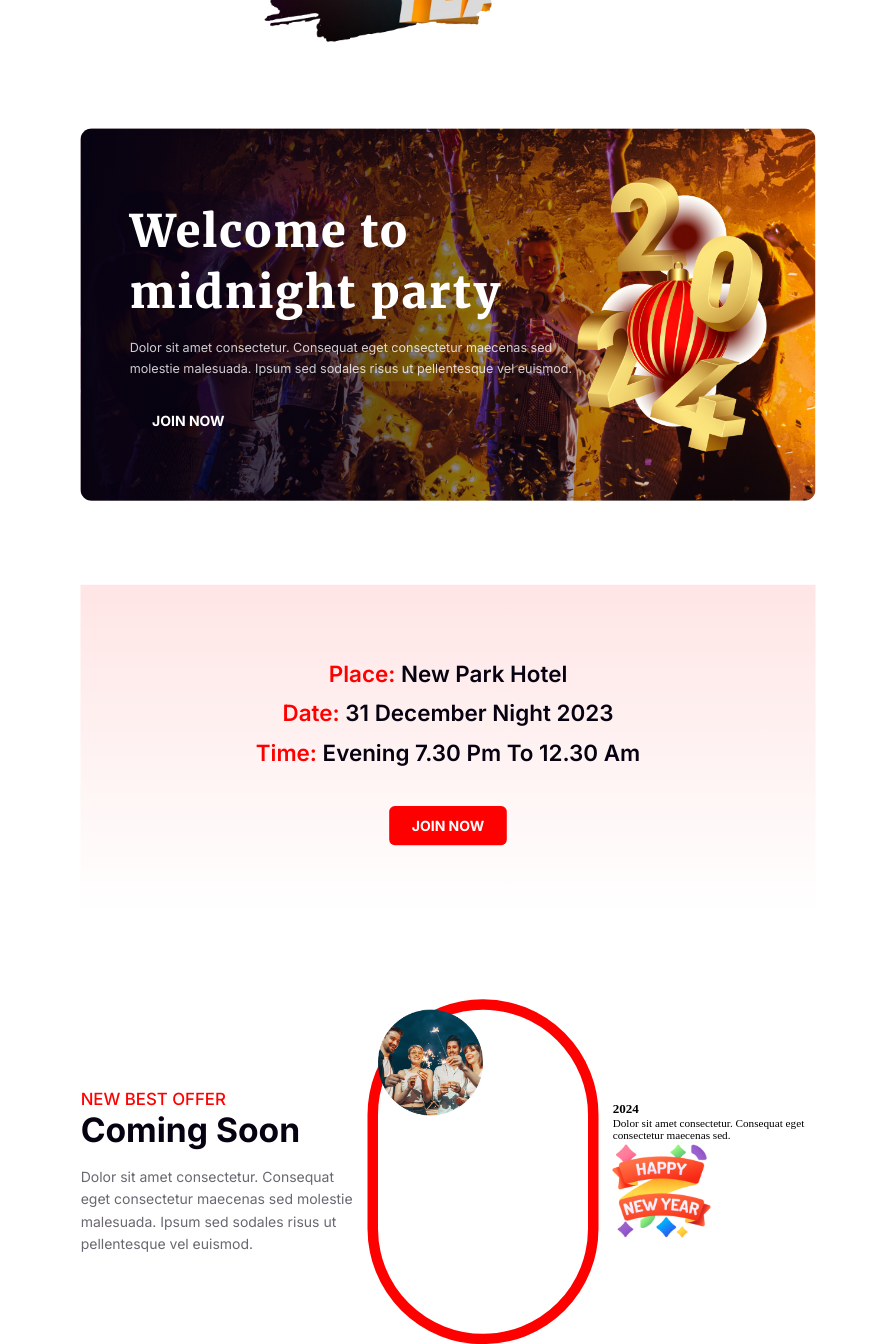
Repository: rahmatahmedrifat/First-Assignment
Page: index.html
These files come from the project's save history. The page is drawn as it stood at one moment and after the next save; the edit follows.
The browser window is 1280 px wide. The pictures show the part of the page from y = 1479 to 3399 px (the page is 3399 px tall), at 70% of full size.

Above is the page before, as saved 2024-01-08 14:40:10.

After the next save:
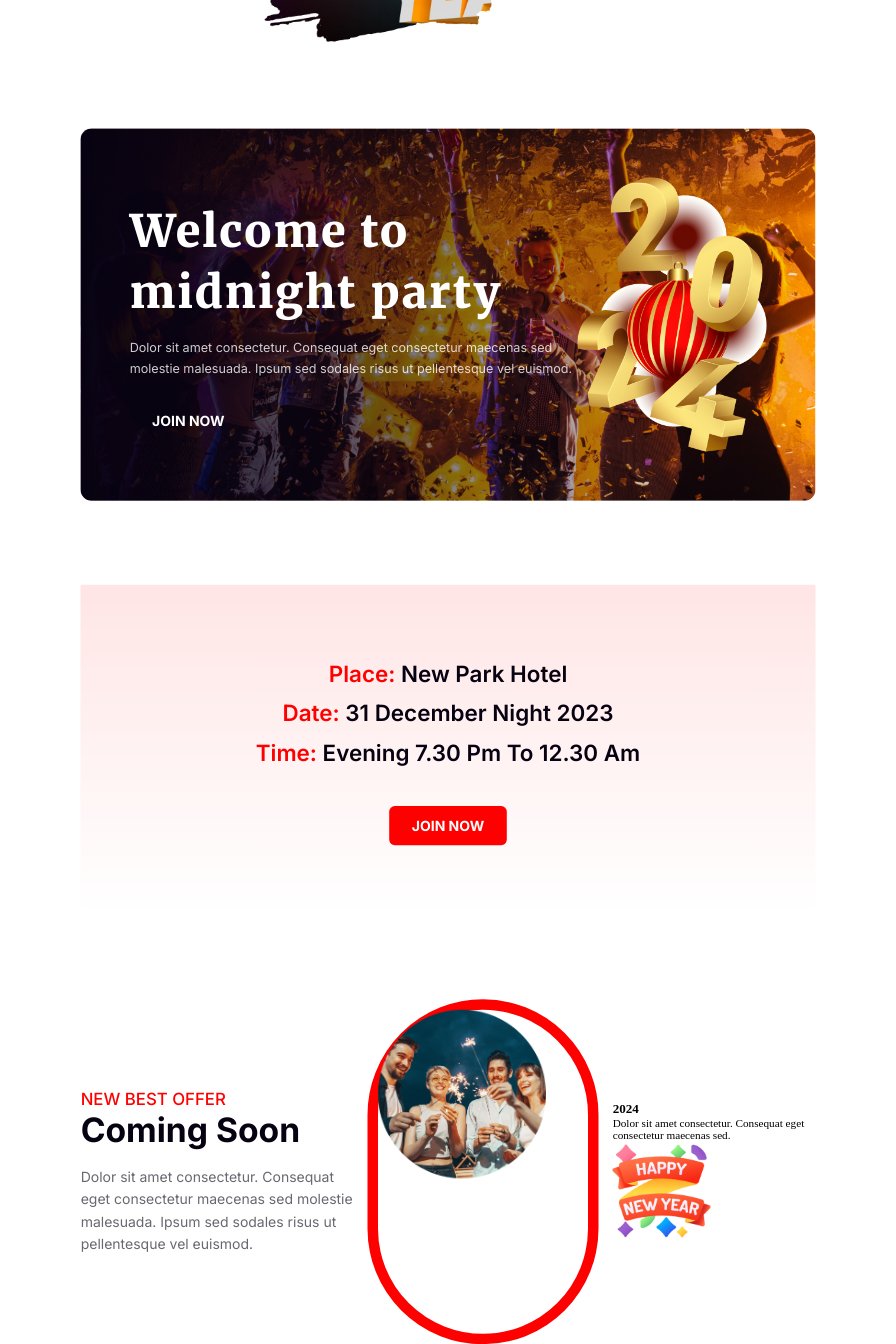
Saved 28 s later.
--- a/Style/style.css
+++ b/Style/style.css
@@ -224,7 +224,7 @@
     border: 15px solid #F00;
 }
 .best-offer-img{
-    max-width: 50%
+    max-width: 80%
 }
 .best-offer-year{
     width: ;
